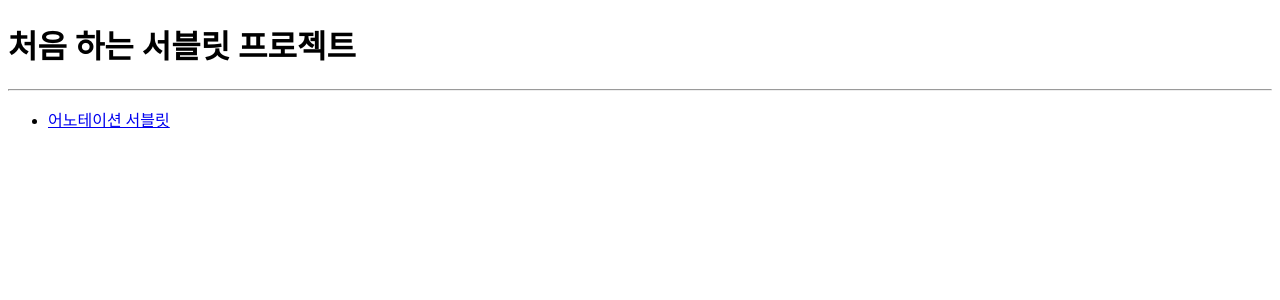
Repository: Parkdolodong/Backend
Page: http://localhost/jsp_servlet_ex02/
The author's editor kept a copy of each file at every save. The page is drawn from the files as they stood at one save, then again after the next save.
The browser window is 1280 px wide. The pictures show the whole page.
The page is served by Tomcat 9. Other server files are loaded and not shown.

Above is the page before, as saved 2023-02-27 04:38:28.

### jsp_servlet/jsp_servlet_ex02/webapp/index.jsp
<%@ page language="java" contentType="text/html; charset=UTF-8"
	pageEncoding="UTF-8"%>
<!DOCTYPE html>
<html>
<head>
<meta charset="UTF-8">
<title>Insert title here</title>
</head>
<body>
	<h1>처음 하는 서블릿 프로젝트</h1>
	<hr />
	<ul>
		<li><a href="test">어노테이션 서블릿</a></li>
	</ul>
</body>
</html>

After the next save:
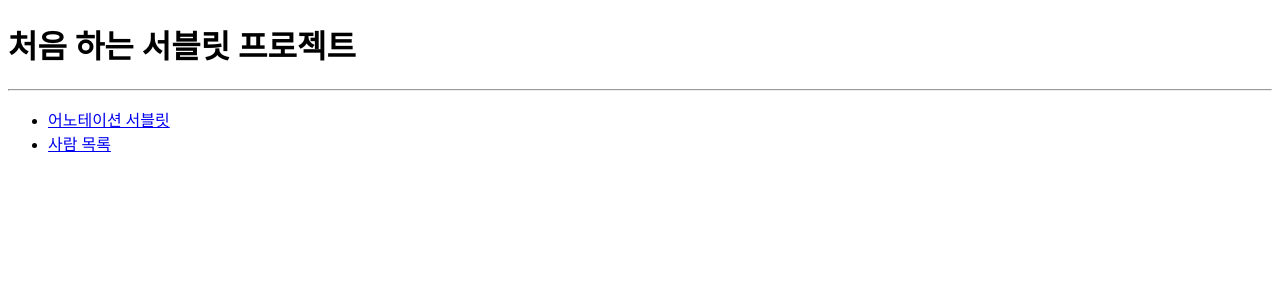
Saved 3 s later.
--- a/jsp_servlet/jsp_servlet_ex02/webapp/index.jsp
+++ b/jsp_servlet/jsp_servlet_ex02/webapp/index.jsp
@@ -11,6 +11,7 @@
 	<hr />
 	<ul>
 		<li><a href="test">어노테이션 서블릿</a></li>
+		<li><a href="saram/list.do">사람 목록</a></li> <!-- sarmaContoroller으로 매핑 -->
 	</ul>
 </body>
 </html>
